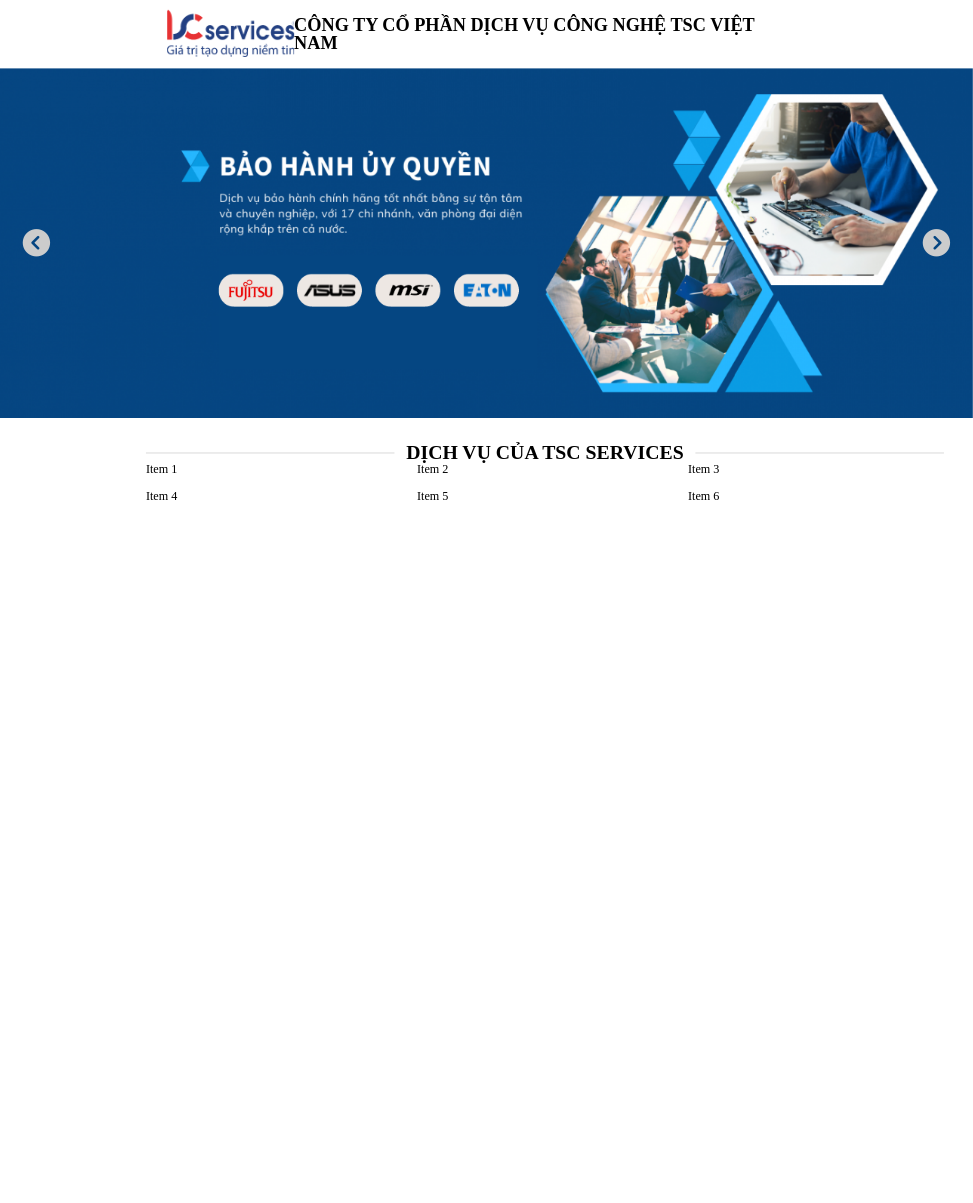
Repository: nguyentrongdai34/tsc-project
Page: index.html
The author's editor kept a copy of each file at every save. The page is drawn from the files as they stood at one save, then again after the next save.
The browser window is 1280 px wide. The pictures show the whole page, at 76% of full size.

Above is the page before, as saved 2024-12-03 12:26:25.

After the next save:
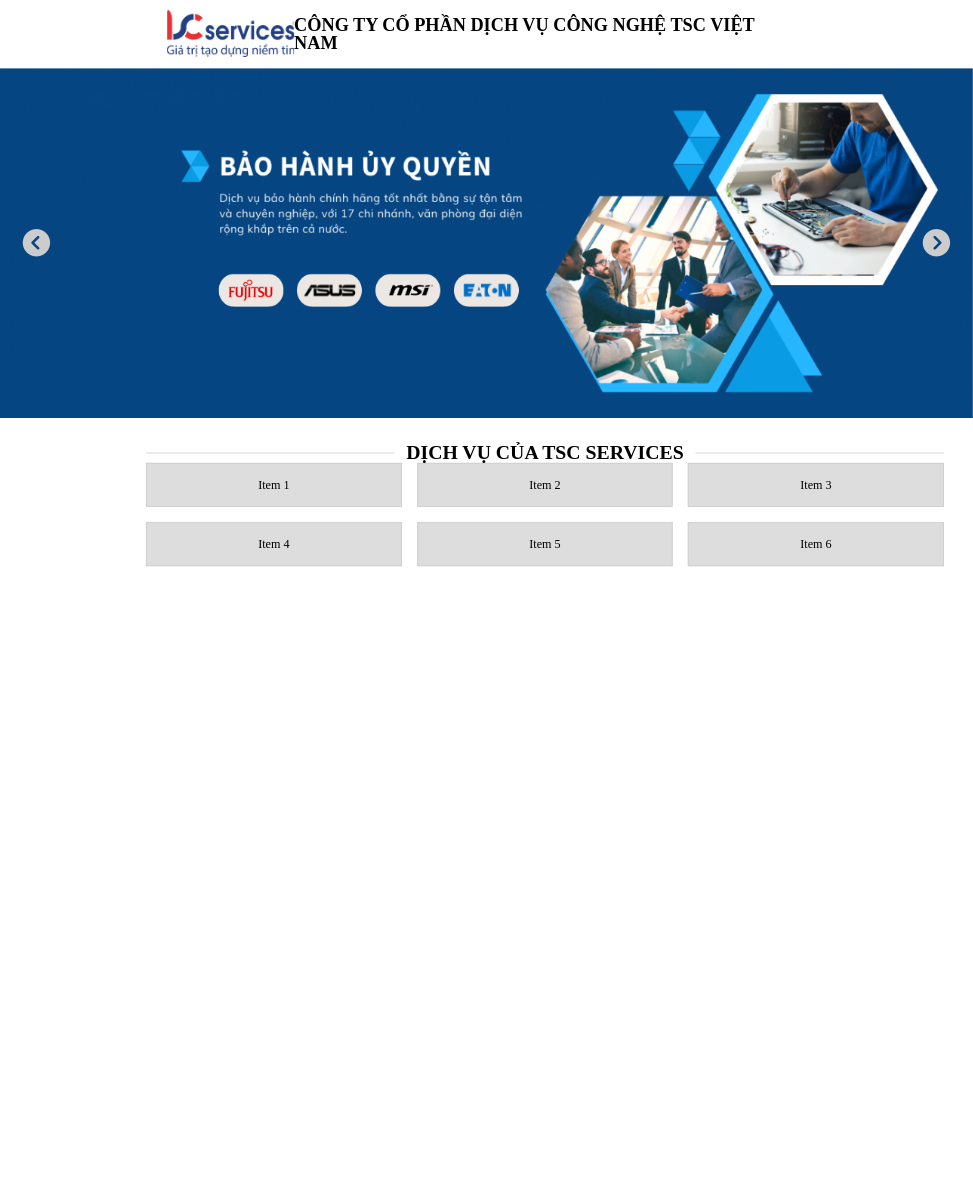
Saved 12 s later.
--- a/style.css
+++ b/style.css
@@ -118,3 +118,10 @@
   gap: 20px;
   grid-template-rows: auto auto;
 }
+
+.grid-item {
+  background-color: #ddd; /* Màu nền cho mỗi ô */
+  padding: 20px;
+  text-align: center;
+  border: 1px solid #ccc; /* Đường viền cho mỗi ô */
+}
